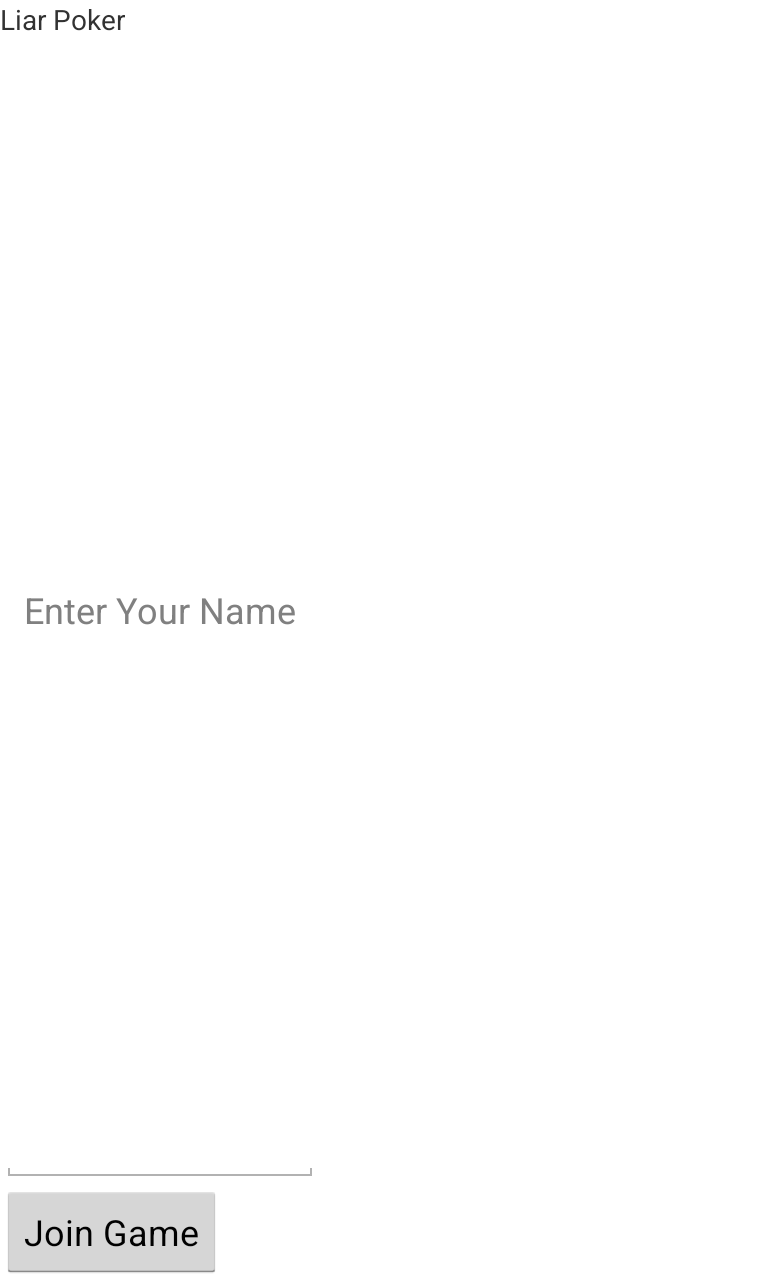
Repository: RayyLim/LiarPoker
Layout: LiarPoker/res/layout/activity_main.xml
An editor plug-in stored every save of this project. The layout is shown before and after the next save, followed by the edit.
It is drawn on a 768 x 1280 px phone screen (xhdpi) without system bars, with theme AppTheme; the app's code is not run.

Above is the layout before, as saved 2012-07-21 22:51:31.

After the next save:
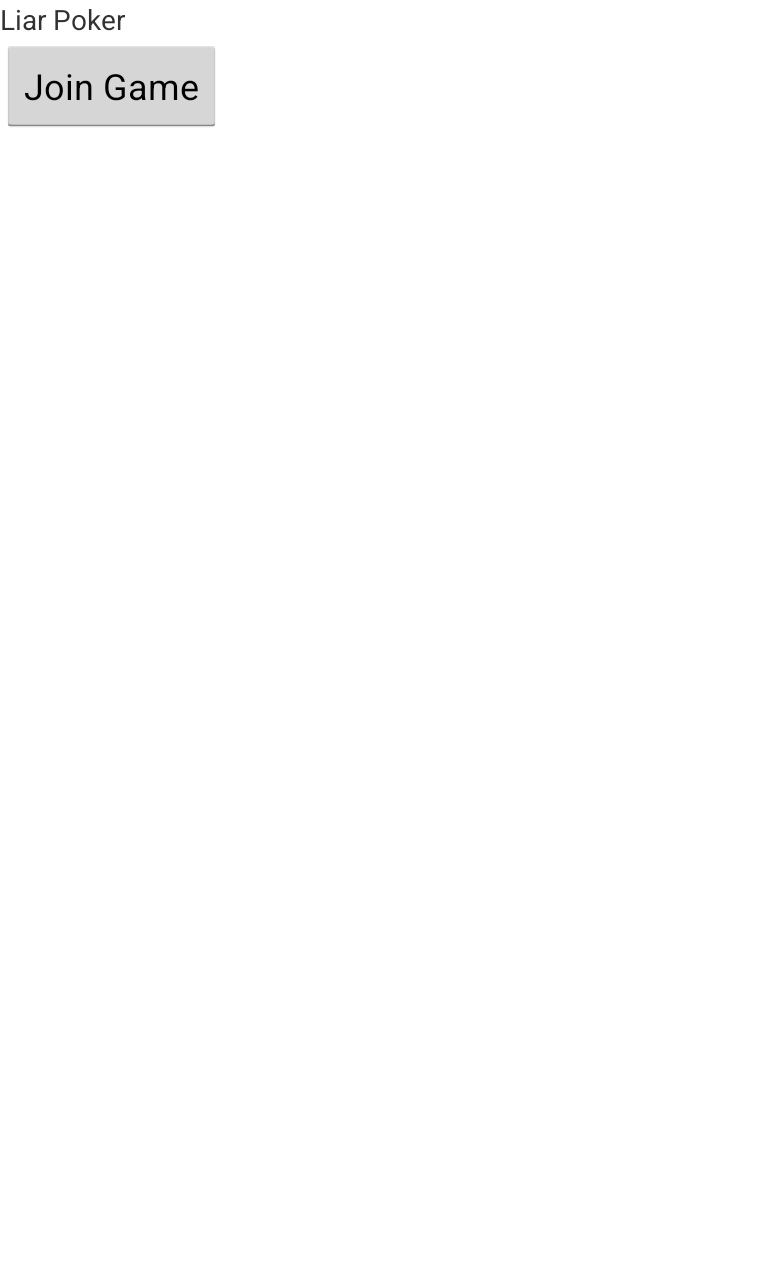
Saved 26 s later.
--- a/LiarPoker/res/layout/activity_main.xml
+++ b/LiarPoker/res/layout/activity_main.xml
@@ -12,7 +12,7 @@
         tools:context=".MainActivity" />
 
         <EditText android:id="@+id/edit_message"
-        android:layout_weight="1"
+        android:layout_weight="0"
         android:layout_width="wrap_content"
         android:layout_height="0dp"
         android:hint="@string/enteryourname_message" />
